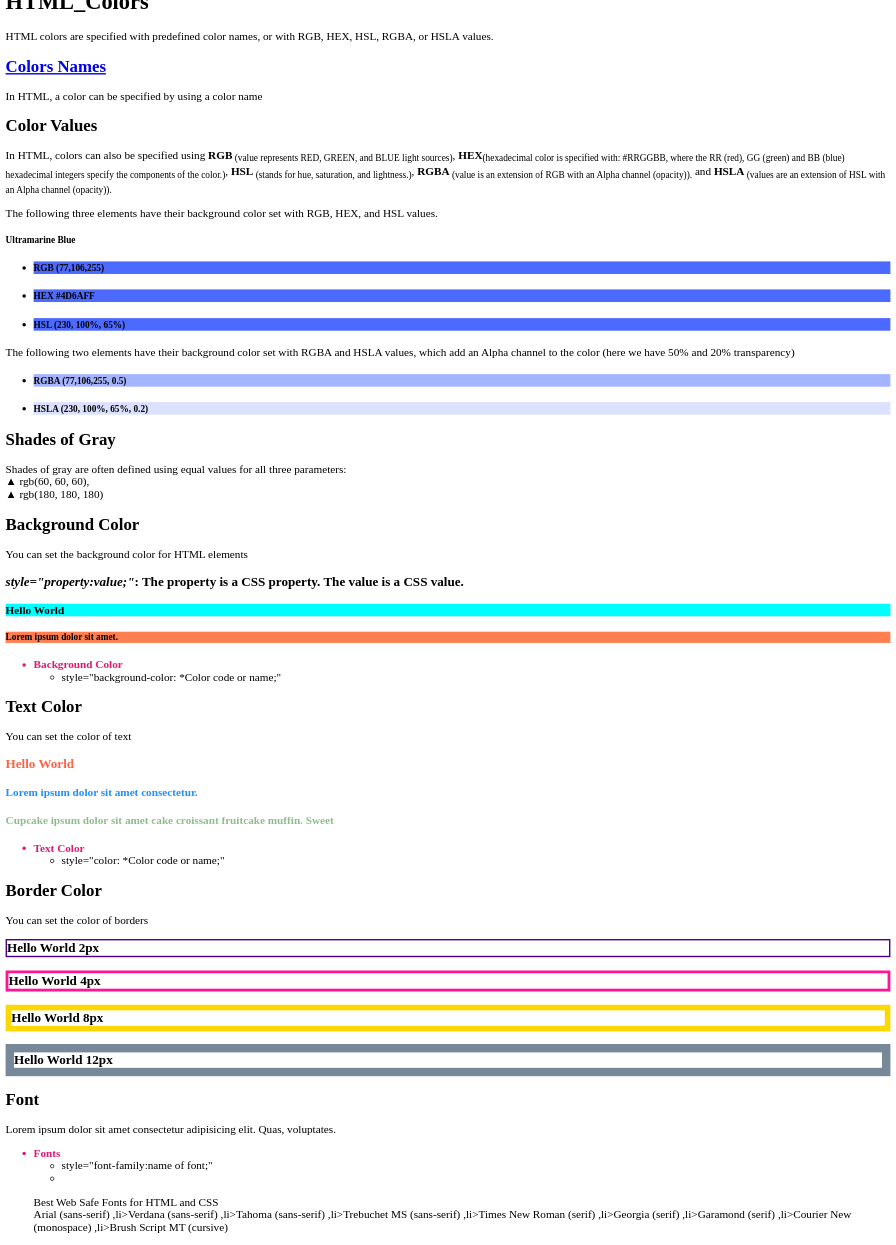
Repository: AnnaSpirit/2025_
Page: Bases/OK/HTML_Text_Formatting.html
The author's editor kept a copy of each file at every save. The page is drawn from the files as they stood at one save, then again after the next save.
The browser window is 1280 px wide. The pictures show the part of the page from y = 1469 to 3389 px (the page is 3247 px tall before and 3389 px after), at 70% of full size.

Above is the page before, as saved 2025-01-09 15:44:12.

### Bases/OK/HTML_Text_Formatting.html
<!DOCTYPE html>
<html lang="en">

<head>
    <meta charset="UTF-8">
    <meta name="viewport" content="width=device-width, initial-scale=1.0">
    <title>HTML Text Formatting</title>
    <a href="HTML_Colors.html"></a>
</head>

<body>
    <h1>HTML contains several elements for defining text with a special meaning.</h1>
    <a href="HTML_Colors.html">
        <h2>Go Back: HTML_Colors</h2></a>
    <p>
    <ul>
        <li style="color:red;"> b - Bold text &#61 Strong;
            <ul>
                <li style="color:black;"><b>Bold</b> text</li>
            </ul>
        </li><br>
        <li style="color:red;"> strong - Important text &#61 Bold
            <ul>
                <li style="color:black;"><strong>Important</strong> text</li>
            </ul>
        </li><br>
        <li style="color:red;"> i - Italic text &#61 Emphasized
            <ul>
                <li style="color:black;"><i>Italic</i> text</li>
            </ul>
        </li><br>

        <li style="color:red;">em - Emphasized text &#61 Italic
            <ul>
                <li style="color:black;"><em>Emphasized</em> text</li>
            </ul>
        </li><br>
        <li style="color:red;"> u - Underlined text &#61 Inserted
            <ul>
                <li style="color:black;"><u>Underlined</u> text</li>
            </ul><br>
        <li style="color:red;">ins - Inserted text &#61 Underlined
            <ul>
                <li style="color:black;"><ins>Inserted</ins> text</li>
            </ul><br>
        <li style="color:red;">small - Smaller text
            <ul>
                <li style="color:black;"><small>Smaller</small> text</li>
            </ul>
        </li><br>
        <li style="color:red;">del - Deleted text &#61 Strikethrough
            <ul>
                <li style="color:black;"><del>Deleted</del> text</li>
            </ul>
        </li><br>
        <li style="color:red;">s - strikethrough text &#61 Deleted
            <ul>
                <li style="color:black;"><s>strikethrough</s> text</li>
            </ul>
        </li><br>
        <li style="color:red;"> mark - Marked text (Highlighted in yellow)
            <ul>
                <li style="color:black;"><mark>Marked</mark> text</li>
            </ul>
        </li><br>
        <li style="color:red;">sub - Subscript text
            <ul>
                <li style="color:black;"><sub>Subscript</sub> text</li>
            </ul>
        </li><br>
        <li style="color:red;">sup - Superscript text
            <ul>
                <li style="color:black;"><sup>Superscript</sup> text</li>
            </ul>
        </li>
    </ul>
    </p>
    <hr>
    <p>
    <h1>HTML Quotation and Citation Elements</h1>
    <h3>In this chapter we will go through the blockquote>,q>, abbr>, address>, cite>, and bdo> HTML elements.</h3>
    <ul>
        <li style="color:rgb(49, 169, 49);"> HTML blockquote> for Quotations
            <ul>
                <li style="color: black;">
                    <blockquote cite=" http://www.worldwildlife.org/who/index.html">For 60 years,...</blockquote>
                </li><br>
            </ul>
        <li style="color:rgb(49, 169, 49);"> HTML q> for Short Quotations
            <ul>
                <li style="color: black;"> WWF's goal is to: <q><em>Build a future where people live in harmony with
                            nature.</em></q></li>
            </ul>
        </li><br>
        <li style=" color:rgb(49, 169, 49);">HTML abbr> for Abbreviations
            <ul>
                <li style="color: black;">
                    <p>The <abbr title="World Health Organization">WHO</abbr> was founded in 1948.</p>
                </li>
            </ul>
        </li><br>
        <li style=" color:rgb(49, 169, 49);">HTML address> for Contact Information
            <ul>
                <li style="color: black;">
                    <address>
                        Written by John Doe.<br>
                        Visit us at:<br>
                        Example.com<br>
                        Box 564, Disneyland<br>
                        USA
                    </address>
                </li>
            </ul>
        </li><br>
        <li style=" color:rgb(49, 169, 49);">HTML cite> for Work Title
            <ul>
                <li style="color: black;">
                    <p><cite>The Scream</cite> by Edvard Munch. Painted in 1893.</p>
                </li>
            </ul>
        </li><br>
        <li style=" color:rgb(49, 169, 49);">HTML bdo> for Bi-Directional Override
            <ul>
                <li style="color: black;"><bdo dir="rtl">This text will be written from right to
                        left.</bdo><mark>||</mark>This text will be written from right to left.<br>
                    specific for <b>HEBREW</b> for example</li> <bdo dir="ltr">Left to Right</bdo>=
                LTR<mark>||</mark><bdo dir="rtl">Right to Left</bdo> = RTL
            </ul>
        </li>
    </ul>
    </h1>
    </p>
    <hr>
    <p>
    <h1>HTML_Colors</h1>
    <p>HTML colors are specified with predefined color names, or with RGB, HEX, HSL, RGBA, or HSLA values.</p>
    <a href="HTML_Colors.html">
        <h2>Colors Names</h2>
    </a>
    <p>In HTML, a color can be specified by using a color name</p>

    <h2>Color Values</h2>

    <p>In HTML, colors can also be specified using <b>RGB</b><sub> (value represents RED, GREEN, and BLUE light
            sources)</sub>, <b>HEX</b><sub>(hexadecimal color is specified with: #RRGGBB, where the RR (red), GG (green)
            and BB (blue) hexadecimal integers specify the components of the color.)</sub>, <b>HSL</b><sub> (stands for
            hue, saturation, and lightness.)</sub>, <b>RGBA</b><sub> (value is an extension of RGB with an Alpha channel
            (opacity)).</sub> and <b>HSLA</b><sub> (values are an extension of HSL with an Alpha channel
            (opacity)).</sub><br>

    <p>The following three elements have their background color set with RGB, HEX, and HSL values.<br>
    <h5>Ultramarine Blue</h5>
    <ul>
        <li style="background-color:rgb(77,106,255);">
            <h5>RGB (77,106,255)</h5>
        </li>
        <li style="background-color:#4D6AFF;">
            <h5>HEX #4D6AFF</h5>
        </li>
        <li style="background-color:HSL(230, 100%, 65%);">
            <h5>HSL (230, 100%, 65%)</h5>
        </li>
    </ul>
    <p>The following two elements have their background color set with RGBA and HSLA values, which add an Alpha channel
        to the color (here we have 50% and 20% transparency)</p>
    <ul>
        <li style="background-color:rgba(77,106,255, 0.5);">
            <h5>RGBA (77,106,255, 0.5) </h5>
        </li>
        <li style="background-color:HSL(230, 100%, 65%, 0.2);">
            <h5>HSLA (230, 100%, 65%, 0.2) </h5>
        </li>
    </ul>
    </p>
    <h2>Shades of Gray</h2>
    <p>Shades of gray are often defined using equal values for all three parameters: <br>
        &#9650; rgb(60, 60, 60),<br>
        &#9650; rgb(180, 180, 180)</p>

    <h2>Background Color</h2>

    <p>You can set the background color for HTML elements <br>
    <h3><em>style="property:value;"</em>: The property is a CSS property. The value is a CSS value.</h3>
    <h4 style="background-color:cyan;">Hello World</h4>
    <h5 style="background-color:Coral;">Lorem ipsum dolor sit amet.</h5>
    <ul>
        <li style="color:rgb(224, 26, 115);"><b>Background Color</b></li>
        <ul>
            <li>style="background-color: *Color code or name;"</li>
        </ul></ul>
    </p>

    <h2>Text Color</h2>

    <p>You can set the color of text <br>
    <h3 style="color:Tomato;">Hello World</h3>
    <h4 style="color:DodgerBlue;">Lorem ipsum dolor sit amet consectetur.</h4>
    <h4 style="color:DarkSeaGreen;">Cupcake ipsum dolor sit amet cake croissant fruitcake muffin. Sweet</h4>
    <ul>
        <li style="color:rgb(224, 26, 115);"><b>Text Color</b></li>
    <ul>
        <li>style="color: *Color code or name;"</li>
    </ul></ul>
    </p>

    <h2>Border Color</h2>

    <p>You can set the color of borders <br>
    <h3 style="border:2px solid indigo;">Hello World 2px</h3>
    <h3 style="border:4px solid DeepPink;">Hello World 4px</h3>
    <h3 style="border:8px solid Gold;">Hello World 8px</h3>
    <h3 style="border:12px solid LightSlateGrey;">Hello World 12px</h3>
    </p>

    <h2>Font</h2>

    <p>Lorem ipsum dolor sit amet consectetur adipisicing elit. Quas, voluptates. <br>
    <ul>
        <li style="color:rgb(224, 26, 115);"><b>Fonts</b></li>
        <ul>
            <li>style="font-family:name of font;"</li>
            <li></li>
        </ul>
        <p>Best Web Safe Fonts for HTML and CSS<br

        The following list are the best web safe fonts for HTML and CSS:

        ,li>Arial (sans-serif)
        ,li>Verdana (sans-serif)
        ,li>Tahoma (sans-serif)
        ,li>Trebuchet MS (sans-serif)
        ,li>Times New Roman (serif)
        ,li>Georgia (serif)
        ,li>Garamond (serif)
        ,li>Courier New (monospace)
        ,li>Brush Script MT (cursive)
</p>
    </p>
    </p>
</body>

</html>

After the next save:
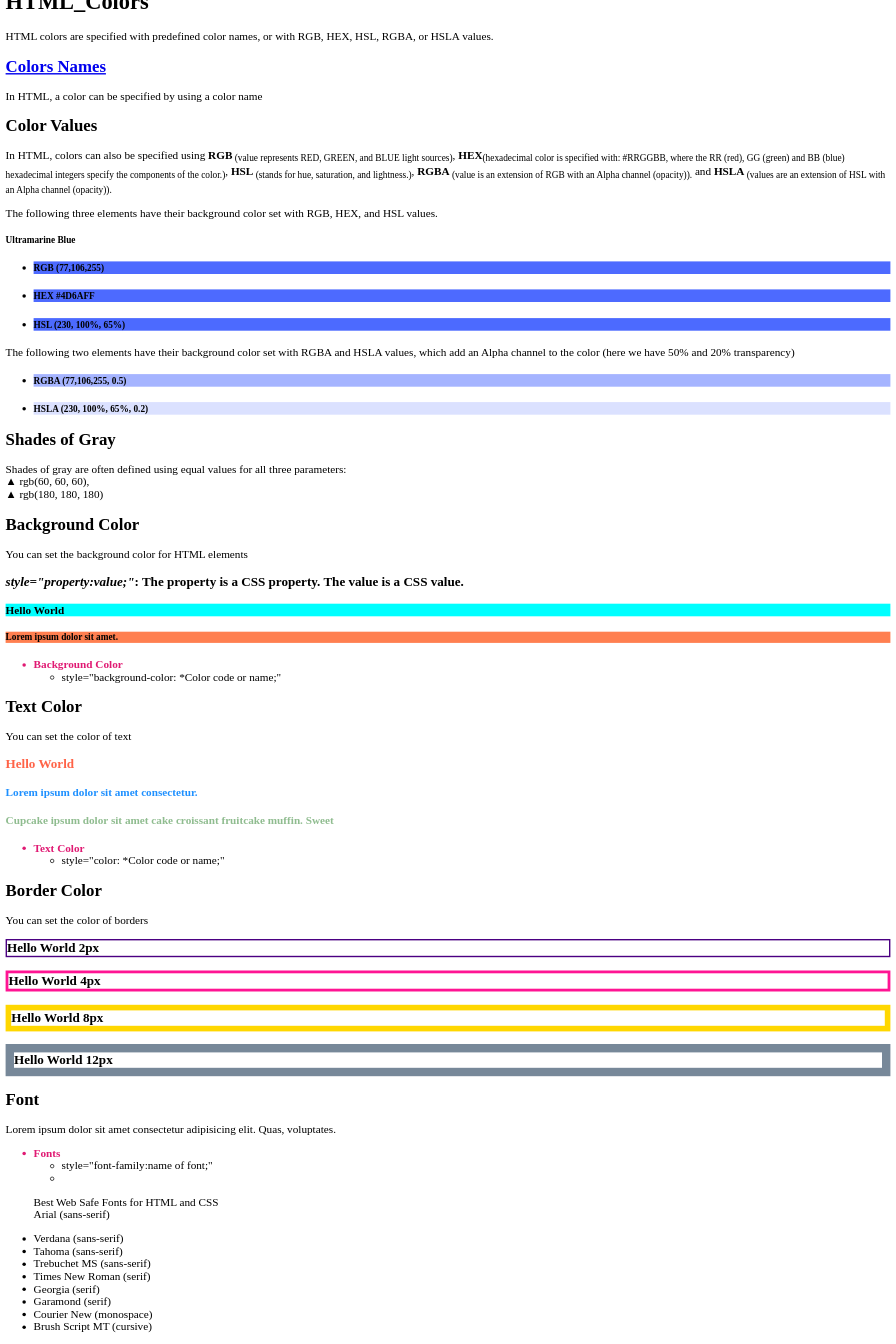
Saved 5 s later.
--- a/Bases/OK/HTML_Text_Formatting.html
+++ b/Bases/OK/HTML_Text_Formatting.html
@@ -225,15 +225,15 @@
 
         The following list are the best web safe fonts for HTML and CSS:
 
-        ,li>Arial (sans-serif)
-        ,li>Verdana (sans-serif)
-        ,li>Tahoma (sans-serif)
-        ,li>Trebuchet MS (sans-serif)
-        ,li>Times New Roman (serif)
-        ,li>Georgia (serif)
-        ,li>Garamond (serif)
-        ,li>Courier New (monospace)
-        ,li>Brush Script MT (cursive)
+        <li>Arial (sans-serif)
+        <li>Verdana (sans-serif)
+        <li>Tahoma (sans-serif)
+        <li>Trebuchet MS (sans-serif)
+        <li>Times New Roman (serif)
+        <li>Georgia (serif)
+        <li>Garamond (serif)
+        <li>Courier New (monospace)
+        <li>Brush Script MT (cursive)
 </p>
     </p>
     </p>
